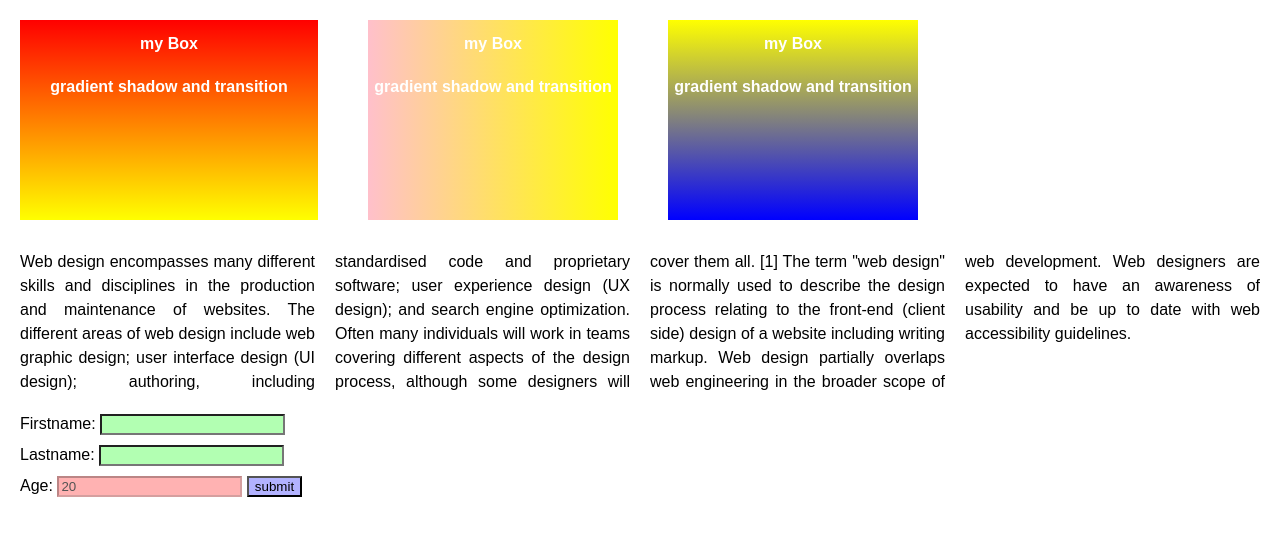
Repository: nuwat-wa/Lab_Ass_WebDesign
Page: HW04-2_IT_Sec1/lab4-2.html
These files come from the project's save history. The page is drawn as it stood at one moment and after a run of saves; the edit follows.
The browser window is 1280 px wide. The pictures show the whole page.
The pointer rests on the first visible `.box1`.

Above is the page before, as saved 2026-10-20 23:36:07.

### HW04-2_IT_Sec1/lab4-2.html
<!doctype html>
<html lang="th">
  <head>
    <meta charset="UTF-8" />
    <meta name="viewport" content="width=device-width, initial-scale=1.0" />
    <title>Lab 4-2</title>

    <style>
      body {
        font-family: Arial, sans-serif;
        margin: 20px;
        color: #000;
      }

      .box-container {
        display: flex;
        flex-wrap: wrap;
        align-items: flex-start;
        gap: 50px;
        margin-bottom: 30px;
      }

      .box {
        width: 250px;
        height: 200px;
        flex-shrink: 0;
        text-align: center;
        color: #fff;
        font-weight: bold;
        transition: width 2s;
      }

      .box h2 {
        font-size: 16px;
        color: #fff;
        margin-top: 15px;
      }

      .box p {
        font-size: 16px;
        margin: 25px 5px 0;
      }

      .box:hover {
        width: 300px;
      }

      .box1 {
        background: linear-gradient(to bottom, red, yellow);
      }

      .box2 {
        background: linear-gradient(to right, pink, yellow);
      }

      .box3 {
        background: linear-gradient(to top, blue, yellow);
      }

      .column-section {
        margin-top: 10px;
      }

      .column-section h2 {
        font-size: 22px;
        margin-bottom: 10px;
      }

      .column-text {
        column-count: 4;
        column-gap: 20px;
        margin-top: 10px;
        line-height: 1.5;
        text-align: justify;
      }

      .column-text p {
        margin-top: 0;
      }

      .form-section {
        margin-top: 20px;
      }

      .form-row {
        margin-bottom: 10px;
      }

      input:enabled {
        background-color: rgba(0, 255, 0, 0.3);
      }

      input:disabled {
        background-color: rgba(255, 0, 0, 0.3);
      }

      input[type="submit"] {
        background-color: rgba(0, 0, 255, 0.3);
        cursor: pointer;
      }
    </style>
  </head>

  <body>
    <section class="box-container">
      <div class="box box1">
        <h2>my Box</h2>
        <p>gradient shadow and transition</p>
      </div>

      <div class="box box2">
        <h2>my Box</h2>
        <p>gradient shadow and transition</p>
      </div>

      <div class="box box3">
        <h2>my Box</h2>
        <p>gradient shadow and transition</p>
      </div>
    </section>

    <section class="column-section">
      <div class="column-text">
        <p>
          Web design encompasses many different skills and disciplines in the
          production and maintenance of websites. The different areas of web
          design include web graphic design; user interface design (UI design);
          authoring, including standardised code and proprietary software; user
          experience design (UX design); and search engine optimization. Often
          many individuals will work in teams covering different aspects of the
          design process, although some designers will cover them all. [1] The
          term "web design" is normally used to describe the design process
          relating to the front-end (client side) design of a website including
          writing markup. Web design partially overlaps web engineering in the
          broader scope of web development. Web designers are expected to have
          an awareness of usability and be up to date with web accessibility
          guidelines.
        </p>
      </div>
    </section>

    <section class="form-section">
      <form action="#" method="get">
        <div class="form-row">
          <label for="firstname">Firstname:</label>
          <input type="text" id="firstname" name="firstname" />
        </div>

        <div class="form-row">
          <label for="lastname">Lastname:</label>
          <input type="text" id="lastname" name="lastname" />
        </div>

        <div class="form-row">
          <label for="age">Age:</label>
          <input type="number" id="age" name="age" value="20" disabled />

          <input type="submit" value="submit" />
        </div>
      </form>
    </section>
  </body>
</html>

After the next 5 saves:
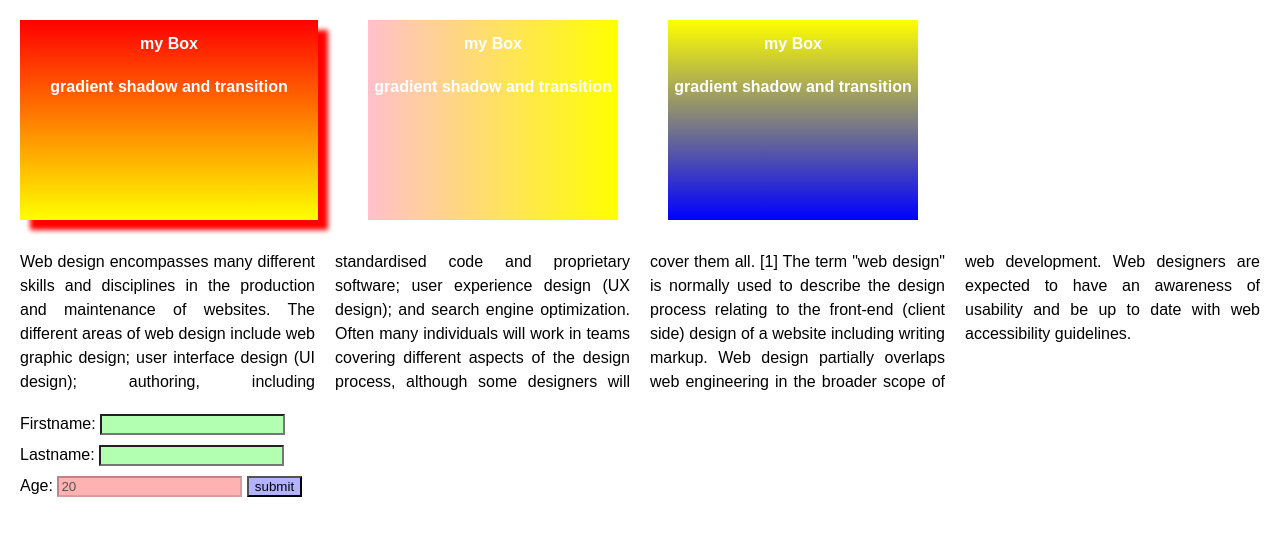
The 5 saves are shown as one change because they came seconds apart.
The last was saved 14 s later.
--- a/HW04-2_IT_Sec1/lab4-2.html
+++ b/HW04-2_IT_Sec1/lab4-2.html
@@ -47,6 +47,10 @@
 
       .box1 {
         background: linear-gradient(to bottom, red, yellow);
+      }
+
+      .box1:hover{
+        box-shadow: 10px 10px 5px red;
       }
 
       .box2 {
